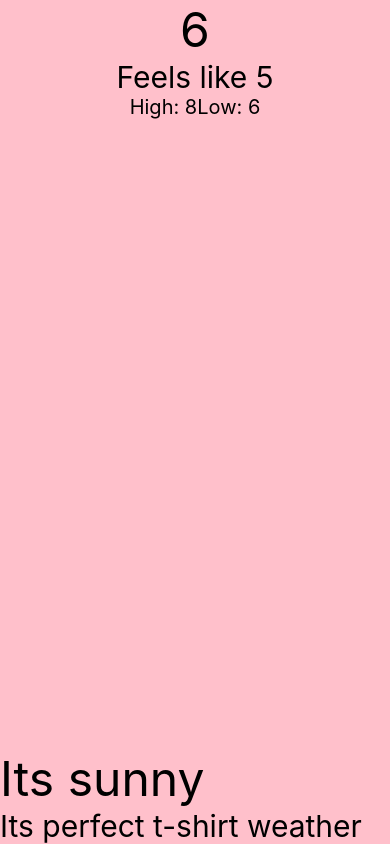
Repository: akinmiday/fcc
Screen: / (app in WeatherApp/)
These files come from the project's save history. The screen is drawn as it stood at one moment and after the next save; the edit follows.
The app was drawn by React Native's web renderer in a window 390 px wide. The project was rebuilt for these pictures with package versions that can differ from the ones it lists, and the page was loaded fresh each time.

Above is the screen before, as saved 2023-07-18 07:26:12.

### WeatherApp/App.js
import React from "react";
import { View, Text, SafeAreaView, StyleSheet } from "react-native";
import { Feather } from '@expo/vector-icons';

const App = () =>{
  return(
   <SafeAreaView style={styles.wrapper} >
     <View style={styles.container} >
      <Text style={styles.temp} >6</Text>
      <Text style={styles.feels} >Feels like 5</Text>
      <View style={styles.highLowWrapper} >
        <Text style={styles.highLow} >High: 8</Text>
        <Text style={styles.highLow} >Low: 6</Text>
      </View>
     </View>
     <View style={styles.bodyWrapper} >
        <Text style={styles.description} >Its sunny</Text>
        <Text style={styles.message} >Its perfect t-shirt weather</Text>
      </View>
   </SafeAreaView>
  )
}

const styles= StyleSheet.create({
  wrapper:{
    flex:1,
    backgroundColor: 'pink'
  },
  container:{
    flex:1,
    alignItems: 'center'
  },
  temp:{
    color:'black',
    fontSize:48
  },
  feels:{
    fontSize: 30,
    color:'black'
  },
  highLow:{
    color:'black',
    fontSize: 20
  },
  highLowWrapper:{
    flexDirection: 'row'
  },
  bodyWrapper:{
    justifyContent: 'flex-end',
    alignItems: 'flex-start'
  },
  description:{
    fontSize:48
  },
  message:{
    fontSize:30
  }
})

export default App

After the next save:
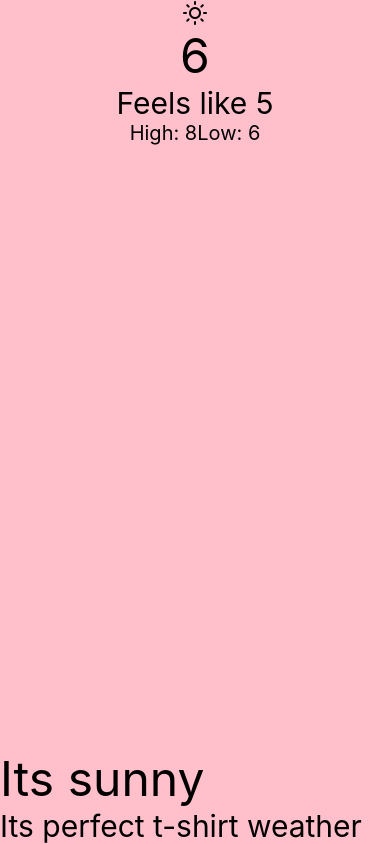
Saved 22 s later.
--- a/WeatherApp/App.js
+++ b/WeatherApp/App.js
@@ -6,6 +6,7 @@ const App = () =>{
   return(
    <SafeAreaView style={styles.wrapper} >
      <View style={styles.container} >
+     <Feather name="sun" size={24} color="black" />
       <Text style={styles.temp} >6</Text>
       <Text style={styles.feels} >Feels like 5</Text>
       <View style={styles.highLowWrapper} >
